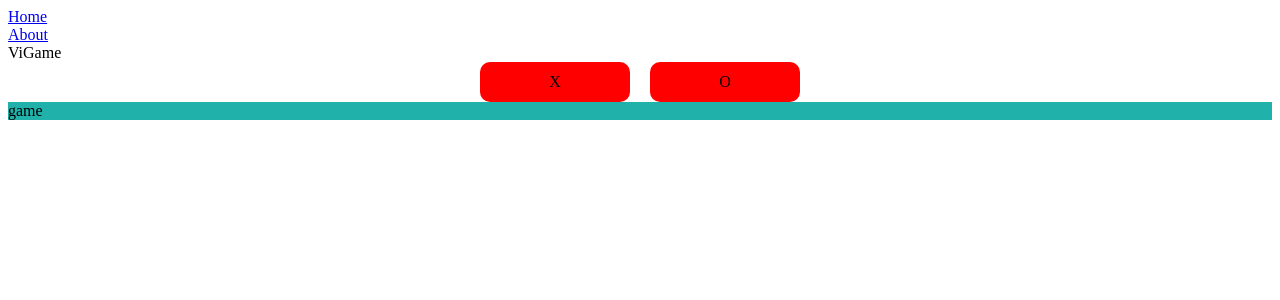
Repository: vahid242/viGame
Page: http://localhost/tic-tac-toe
The author's editor kept a record of every edit. The page is drawn from the files as they stood at one moment, then again after the next edit.
The browser window is 1280 px wide. The pictures show the whole page.
The page is served by the project's Node server (v1/app.js).

Above is the page before.

### v1/views/tic.ejs
<!DOCTYPE html>
<html>
    <head>
        <title>Page Title</title>
        <link rel="stylesheet" href="/tic.css">
    </head>
    <body>
        <div class="container">
                <div class="nav-wrapper">
        <div class="left-side">
            <div class="nav-link-wrapper">
                <a href="/">Home</a>
            </div>

            <div class="nav-link-wrapper">
                <a href="/">About</a>
            </div>
        </div>

        <div class="right-side">
            <div class="brand">
                <div>ViGame</div>
            </div>
        </div>
    </div>

            <div class="upside">
                <div class="choose">
                    <div id="xChose">X</div>
                    <div id="oChose">O</div>
                </div>
            </div>

            <div class="downside">
                <div>game</div>
            </div>
        </div>
    </body>
</html>

### v1/app.js
var express = require("express");
var app = express();

app.set("view engine", "ejs");
app.use(express.static("public"));

app.get("/", function(req, res){
    res.render("home");
});

app.get("/tic-tac-toe", function(req, res){
    res.render("tic");
});

app.listen(process.env.PORT, process.env.IP, function(){
    console.log("The server has started");
});

### v1/public/tic.css
/*body{*/

/*}*/

.choose{
    display: flex;
    justify-content: center;
    text-align: center;
    line-height:40px;
}

#xChose{
    background-color: red;
    width: 150px;
    height: 40px;
    border-radius: 10px;
    margin: 0 10px;
}
#oChose{
    background-color: red;
    width: 150px;
    height: 40px;
    border-radius: 10px;
    margin: 0 10px;
}
.downside{
    background-color:#20B2AA;
    margin-bottom: 0;
}

After the next edit:
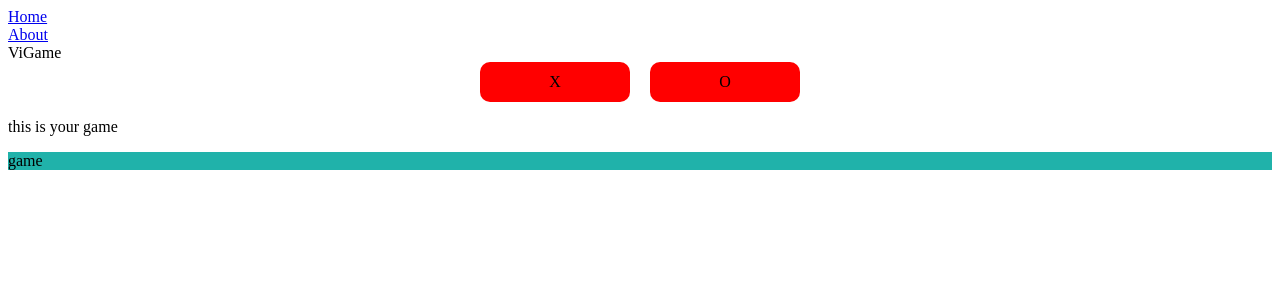
The edit:
--- a/v1/views/tic.ejs
+++ b/v1/views/tic.ejs
@@ -29,6 +29,9 @@
                     <div id="xChose">X</div>
                     <div id="oChose">O</div>
                 </div>
+                <div id="userChose">
+                    <p>this is your game</p>
+                </div>
             </div>
 
             <div class="downside">
